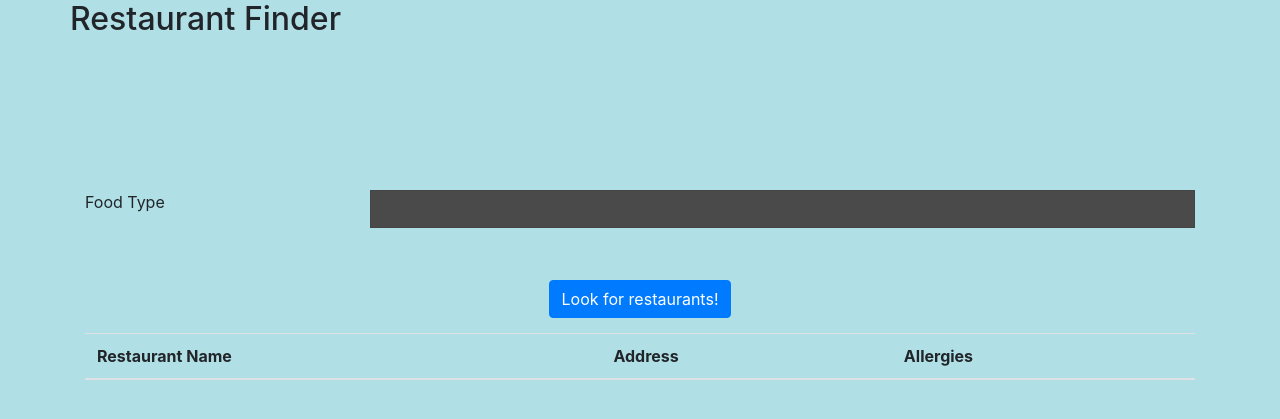
Repository: KobeRox/Loremips
Page: index.html
These files come from the project's save history. The page is drawn as it stood at one moment and after the next save; the edit follows.
The browser window is 1280 px wide. The pictures show the whole page.
Some web libraries are served in a nearby version.

Above is the page before, as saved 2019-09-08 21:53:11.
Console error: TypeError: Cannot read properties of undefined (reading 'fn')

After the next save:
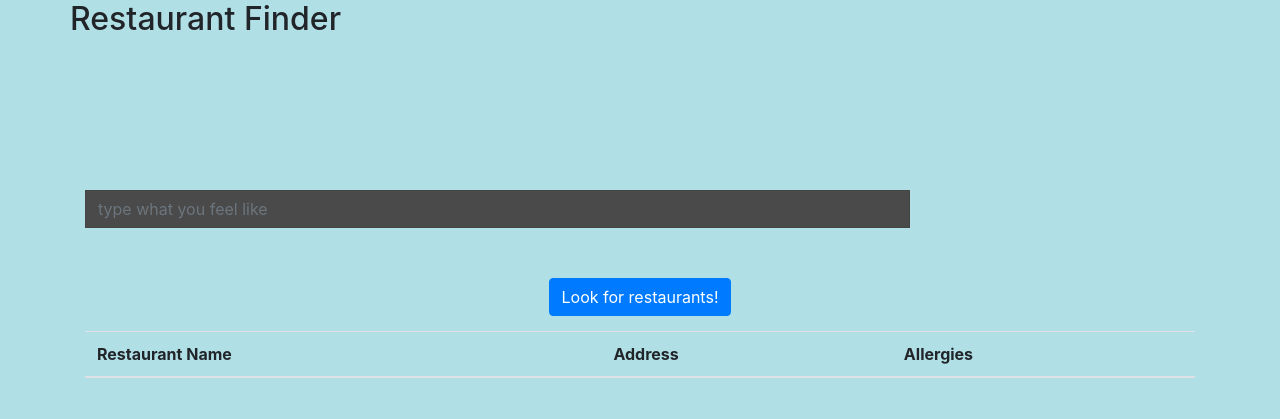
Saved 57 s later.
--- a/index.html
+++ b/index.html
@@ -58,13 +58,9 @@
 <br><br><br><br><br><br>
 
             <div class="row" style="margin-bottom: 50px;">
-                <div class="col-xs-3 col-md-3">
-                    <p>Food Type</p>
-                </div>
-
 
                 <div class="col-xs-9 col-md-9">
-                    <input type="text" class="form-control" id='searchbar' size="3">
+                    <input type="text" class="form-control" id='searchbar' placeholder="type what you feel like ">
                 </div>
 
             </div>
